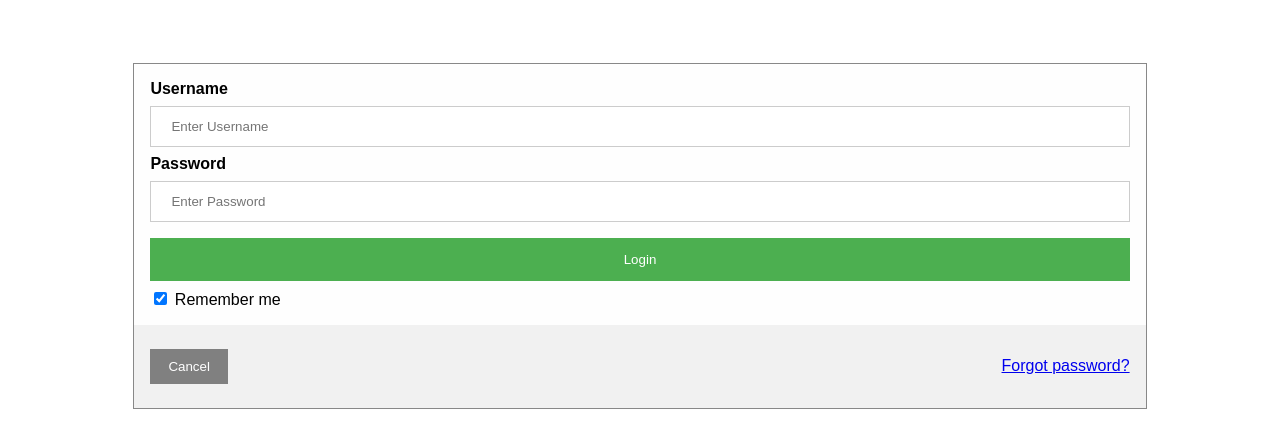
Repository: Abinesh-T/FinallDtProject
Page: http://localhost/FrontEnd/login
An editor plug-in stored every save of this project. The page is shown before and after the next save, followed by the edit.
The browser window is 1280 px wide. The pictures show the whole page.
The page is served by Tomcat 9. Other server files are loaded and not shown.

Above is the page before, as saved 2018-02-25 08:55:55.

### FrontEnd/src/main/webapp/WEB-INF/views/login.jsp
<!DOCTYPE html>
<html>
<head>
<meta name="viewport" content="width=device-width, initial-scale=1">
<style>
body {font-family: Arial, Helvetica, sans-serif;}

/* Full-width input fields */
input[type=text], input[type=password] {
    width: 100%;
    padding: 12px 20px;
    margin: 8px 0;
    display: inline-block;
    border: 1px solid #ccc;
    box-sizing: border-box;
}

/* Set a style for all buttons */
button {
    background-color: #4CAF50;
    color: white;
    padding: 14px 20px;
    margin: 8px 0;
    border: none;
    cursor: pointer;
    width: 100%;
}

button:hover {
    opacity: 0.8;
}

/* Extra styles for the cancel button */
.cancelbtn {
    width: auto;
    padding: 10px 18px;
    background-color: gray;
}

/* Center the image and position the close button */
.imgcontainer {
    text-align: center;
    margin: 24px 0 12px 0;
    position: relative;
}

img.avatar {
    width: 40%;
    border-radius: 50%;
}

.container {
    padding: 16px;
}

span.psw {
    float: right;
    padding-top: 16px;
}

/* The Modal (background) */
.modal {
    display: none; /* Hidden by default */
    position: fixed; /* Stay in place */
    z-index: 1; /* Sit on top */
    left: 0;
    top: 0;
    width: 100%; /* Full width */
    height: 100%; /* Full height */
    overflow: auto; /* Enable scroll if needed */
    background-color: rgb(0,0,0); /* Fallback color */
    background-color: rgba(0,0,0,0.4); /* Black w/ opacity */
    padding-top: 60px;
}

/* Modal Content/Box */
.modal-content {
    background-color: #fefefe;
    margin: 5% auto 15% auto; /* 5% from the top, 15% from the bottom and centered */
    border: 1px solid #888;
    width: 80%; /* Could be more or less, depending on screen size */
}

/* The Close Button (x) */
.close {
    position: absolute;
    right: 25px;
    top: 0;
    color: #000;
    font-size: 35px;
    font-weight: bold;
}

.close:hover,
.close:focus {
    color: red;
    cursor: pointer;
}

/* Add Zoom Animation */
.animate {
    -webkit-animation: animatezoom 0.6s;
    animation: animatezoom 0.6s
}

@-webkit-keyframes animatezoom {
    from {-webkit-transform: scale(0)}
    to {-webkit-transform: scale(1)}
}

@keyframes animatezoom {
    from {transform: scale(0)}
    to {transform: scale(1)}
}

/* Change styles for span and cancel button on extra small screens */
@media screen and (max-width: 300px) {
    span.psw {
       display: block;
       float: none;
    }
    .cancelbtn {
       width: 100%;
    }
}
</style>
</head>
<body>

  <form class="modal-content animate" action="/action_page.php">
      <div class="container">
      <label for="uname"><b>Username</b></label>
      <input type="text" placeholder="Enter Username" name="uname" required>

      <label for="psw"><b>Password</b></label>
      <input type="password" placeholder="Enter Password" name="psw" required>

      <button type="submit">Login</button>
      <label>
        <input type="checkbox" checked="checked" name="remember"> Remember me
      </label>
    </div>

    <div class="container" style="background-color:#f1f1f1">
     <a href="index"> <button type="button" class="cancelbtn">Cancel</button> </a>
      <span class="psw"><a href="#">Forgot password?</a></span>
    </div>
  </form>
</div>
</body>
</html>

After the next save:
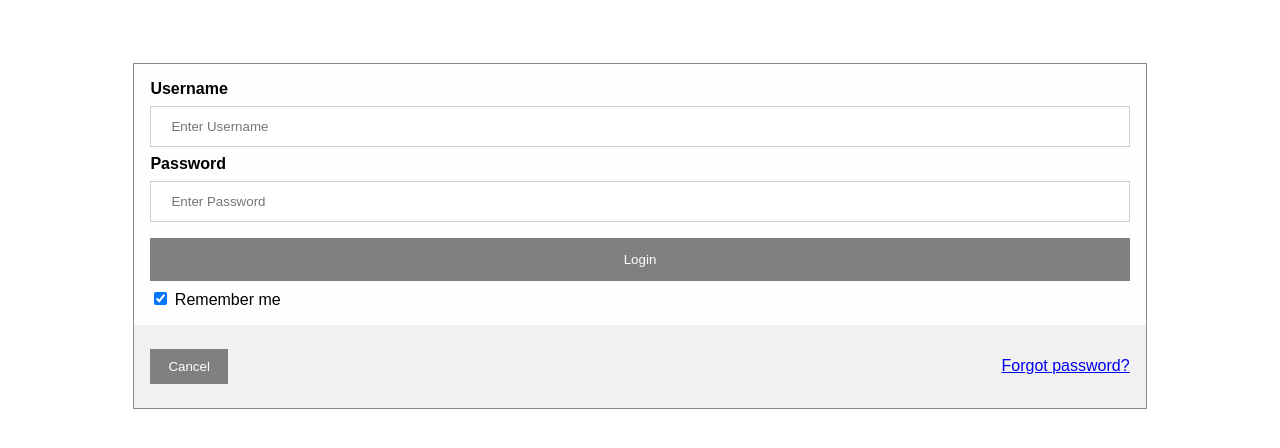
Saved 34 s later.
--- a/FrontEnd/src/main/webapp/WEB-INF/views/login.jsp
+++ b/FrontEnd/src/main/webapp/WEB-INF/views/login.jsp
@@ -17,7 +17,7 @@ input[type=text], input[type=password] {
 
 /* Set a style for all buttons */
 button {
-    background-color: #4CAF50;
+    background-color: gray;
     color: white;
     padding: 14px 20px;
     margin: 8px 0;
